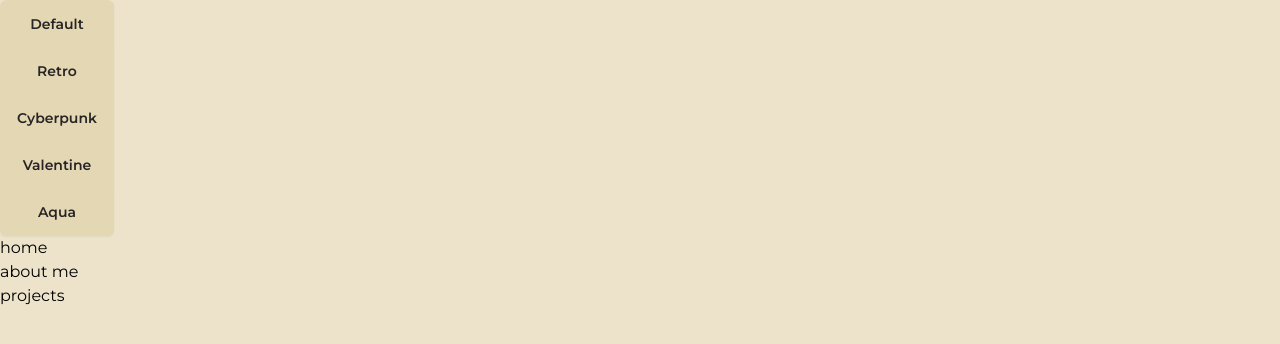
Repository: Yakyaz/myWebsite
Page: /
These files come from the project's save history. The page is drawn as it stood at one moment and after the next save; the edit follows.
The browser window is 1280 px wide. The pictures show the whole page.
The project was rebuilt for these pictures with package versions that can differ from the ones it lists, and the page was loaded fresh each time. The framework's server and built-in components were replaced by stand-ins that run in the browser. Also part of the build but not shown: next.config.js.

Above is the page before, as saved 2023-12-02 20:30:35.

### app/layout.tsx
import type { Metadata } from "next";
import { Montserrat } from "next/font/google";
import "./globals.css";
import Navbar from "./components/navbar";

const montserrat = Montserrat({ subsets: ["latin"] });

export const metadata: Metadata = {
  title: "Create Next App",
  description: "Generated by create next app",
};

export default function RootLayout({
  children,
}: {
  children: React.ReactNode;
}) {
  return (
    <html lang="en" data-theme="pastel">
      <body className={montserrat.className}>
        <Navbar />
        <div>{children}</div>
      </body>
    </html>
  );
}

### app/page.tsx
import Link from "next/link";
import Navbar from "./components/navbar";

function Home() {
  return <div></div>;
}

export default Home;

### app/globals.css
@tailwind base;
@tailwind components;
@tailwind utilities;

:root {
  --foreground-rgb: 0, 0, 0;
}



body {
  color: rgb(var(--foreground-rgb));

}

### app/components/navbar.tsx
import Link from "next/link";
import React from "react";
import Toggle from "./toggle";

const Navbar = () => {
  return (
    <ul>
      <li>
        <Toggle />
      </li>
      <li>
        <Link href="/">home</Link>
      </li>
      <li>
        <Link href="/about">about me</Link>
      </li>
      <li>
        <Link href="/projects">projects</Link>
      </li>
    </ul>
  );
};

export default Navbar;

### app/components/toggle.tsx
import React from "react";

const Toggle = () => {
  return (
    <div className="join join-vertical">
      <input
        type="radio"
        name="theme-buttons"
        className="btn theme-controller join-item"
        aria-label="Default"
        value="default"
      />
      <input
        type="radio"
        name="theme-buttons"
        className="btn theme-controller join-item"
        aria-label="Retro"
        value="retro"
      />
      <input
        type="radio"
        name="theme-buttons"
        className="btn theme-controller join-item"
        aria-label="Cyberpunk"
        value="cyberpunk"
      />
      <input
        type="radio"
        name="theme-buttons"
        className="btn theme-controller join-item"
        aria-label="Valentine"
        value="valentine"
      />
      <input
        type="radio"
        name="theme-buttons"
        className="btn theme-controller join-item"
        aria-label="Aqua"
        value="aqua"
      />
    </div>
  );
};

export default Toggle;

### tailwind.config.ts
import type { Config } from "tailwindcss";

const config: Config = {
  content: [
    "./pages/**/*.{js,ts,jsx,tsx,mdx}",
    "./components/**/*.{js,ts,jsx,tsx,mdx}",
    "./app/**/*.{js,ts,jsx,tsx,mdx}",
  ],
  theme: {
    extend: {
      backgroundImage: {
        "gradient-radial": "radial-gradient(var(--tw-gradient-stops))",
        "gradient-conic":
          "conic-gradient(from 180deg at 50% 50%, var(--tw-gradient-stops))",
      },
    },
  },
  plugins: [require("daisyui")],
  daisyui: {
    themes: ["default", "retro", "cyberpunk", "valentine", "aqua"],
  },
};
export default config;

After the next save:
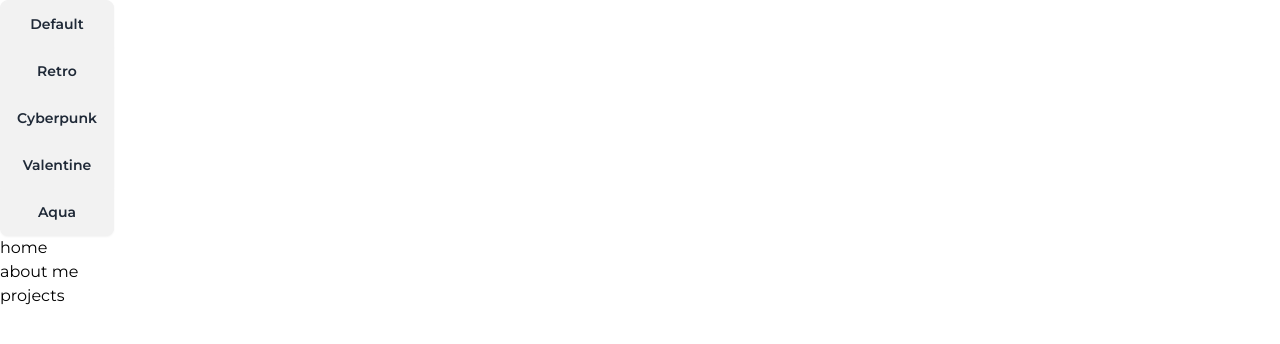
Saved 71 s later.
--- a/tailwind.config.ts
+++ b/tailwind.config.ts
@@ -17,7 +17,7 @@ const config: Config = {
   },
   plugins: [require("daisyui")],
   daisyui: {
-    themes: ["default", "retro", "cyberpunk", "valentine", "aqua"],
+    themes: ["light", "retro", "cyberpunk", "valentine", "aqua"],
   },
 };
 export default config;
